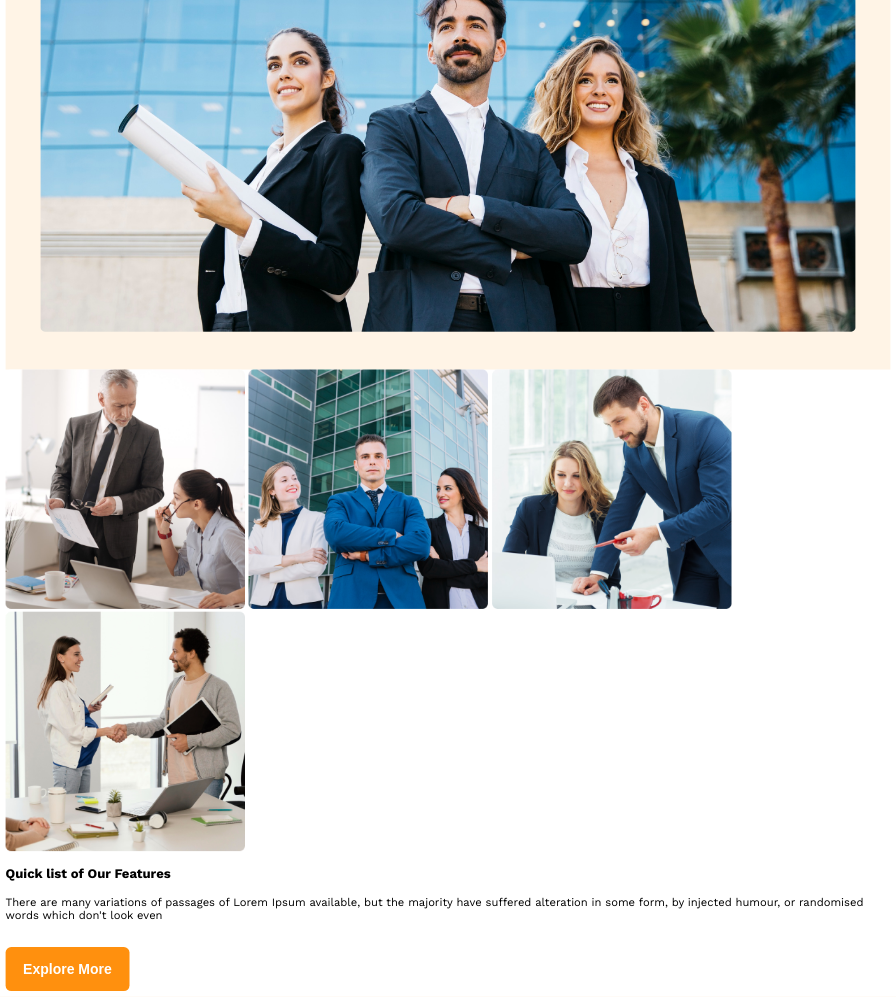
Repository: dollyrakhe22/g3-architects-website
Page: index.html
These files come from the project's save history. The page is drawn as it stood at one moment and after the next save; the edit follows.
The browser window is 1280 px wide. The pictures show the part of the page from y = 687 to 2607 px (the page is 2111 px tall before and 2607 px after), at 70% of full size.

Above is the page before, as saved 2025-07-20 20:29:51.

### index.html
<!DOCTYPE html>
<html lang="en">
<head>
    <meta charset="UTF-8">
    <meta name="viewport" content="width=device-width, initial-scale=1.0">
    <title>Architects Website</title>
    <link rel="stylesheet" href="style.css">
</head>
<body class="work-sans-font">
   <header>
     <header class="bg-light">
           <nav class="navbar  display-flex">
             <h3 class="brand">G3 Architects</h3>
             <ul class="nav-links display-flex">
              <li class="nav-item"><a href="" class="nav-link text-gray ">Home</a></li>
              <li class="nav-item"><a href="" class="nav-link text-gray ">About</a></li>
              <li class="nav-item"><a href="" class="nav-link text-gray ">Contact Us</a></li>
              <li class="nav-item"><a href="" class="nav-link text-gray ">Login</a></li>
             </ul>
           </nav>
           <div class="banner">
          <div class="banner-content">
              <h1 class="banner-title">Brand New Group of Architects </h1>
              <p class="banner-description">There are many variations of passages of Lorem Ipsum available, but the majority have suffered alteration in some form, by injected humour,
              or randomised words which don't look even</p>
            <button class="btn-primary">Explore More</button>
          </div>
            <img class="banner-img" src="images/banner.png" alt="" srcset="">
           </div>
    </header>

   <main>
    <section class="teams">
      <div class="team-img-container">
      <img src="images/team1.png" alt="" srcset="">
      <img src="images/team2.png" alt="" srcset="">
      <img src="images/team3.png" alt="" srcset="">
      <img src="images/team4.png" alt="" srcset="">
      </div>
      <div class="our-features">
          <h3 class="feature-title">Quick list of Our Features</h3>
           <p class="feature-description">There are many variations of passages of Lorem Ipsum available, but the majority have suffered alteration in some form, by injected humour,
             or randomised words which don't look even</p>
             <button class="btn-primary">Explore More</button>
      </div>
    </section>

   </main>
    <footer>

    </footer>
</body>
</html>

### style.css
@import url('https://fonts.googleapis.com/css2?family=Work+Sans:ital,wght@0,100..900;1,100..900&display=swap');

.work-sans-font {
  font-family: "Work Sans", sans-serif;
  font-optical-sizing: auto;
  font-weight: 400px;
  font-style: normal;
}
/*shared styles*/
.display-flex{
  display: flex;
}
/*dark 02*/
.text-gray{
  color: #424242;
}
/*dark 03*/
.text-light-gray{
  color:#727272;
}
.navbar{
  justify-content: space-between;
  align-items: center;
}
.bg-light{
  background-color: rgba(255, 144, 14, 0.1);
}
.brand{
  font-weight: 700;
  font-size: 3rem;
}
/*header styles*/
/*main*/
main{
  max-width: 1440px;
  margin: 0 auto;
}

/*navbar related styles*/
.navbar{
  display: flex;
}
.nav-item{
  list-style: none;
  margin-right: 30px;
}
.nav-link{
  text-decoration: none;
  font-size: 500;
}
.navbar,.banner {
  max-width: 1200px;
  margin: 0 auto;

}


/*banner related styles*/
.banner-content{
  max-width: 800px;
  margin: 0 auto;
  text-align: center;
  margin-bottom: 20px;

}
.banner{
  padding: 50px;

}
.banner-img{
  width: 100%;
}
.banner-title{
  font-weight: 700;
  font-size: 4rem;
}
.banner-description{
  font-size: 13px;


}
.btn-primary{
  background-color: #FF900E;
  color: white;
  padding: 20px 25px;
  font-size: 1.25rem;
  font-weight: 600;
  border:none;
  border-radius: 8px;
  margin-top: 20px;
  margin-top: 20px;

}
/*responsive media query*/
@media screen and (max-width: 576px){
  .navbar, .nav-link{
    flex-direction: column;
  }


}

After the next save:
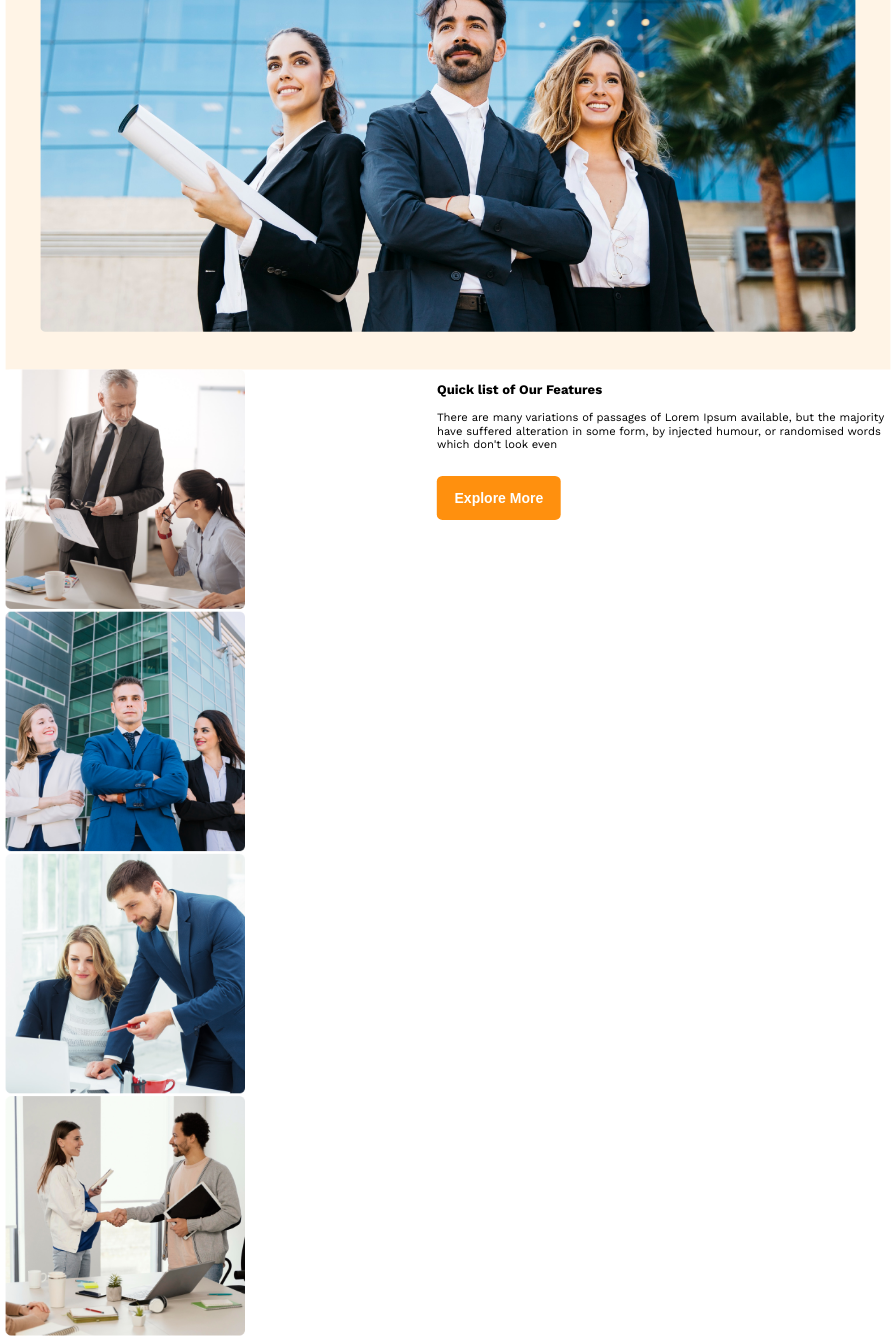
Saved 10 min 55 s later.
--- a/index.html
+++ b/index.html
@@ -30,7 +30,7 @@
     </header>
 
    <main>
-    <section class="teams">
+    <section class="teams display-flex">
       <div class="team-img-container">
       <img src="images/team1.png" alt="" srcset="">
       <img src="images/team2.png" alt="" srcset="">
